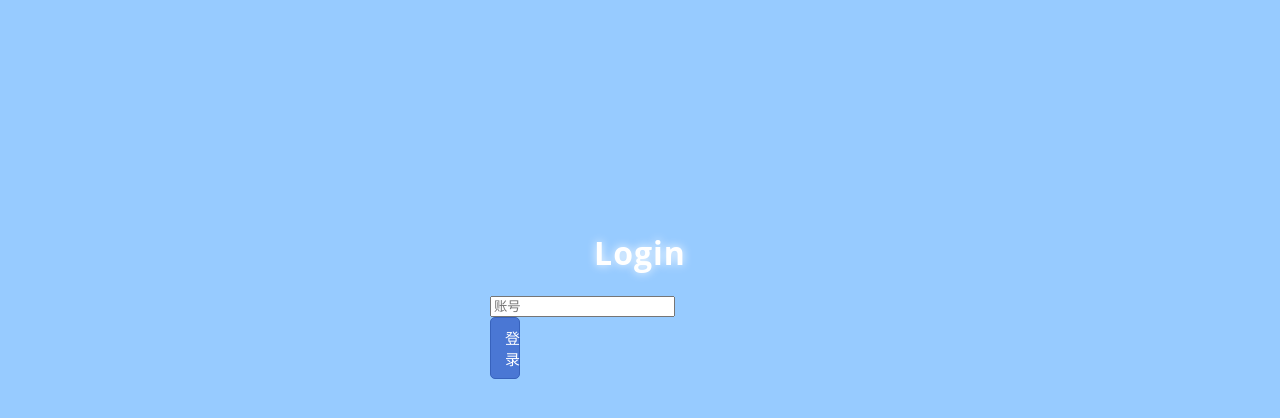
Repository: SnugHAN/gg
Page: http://localhost/bank/
An editor plug-in stored every save of this project. The page is shown before and after the next save, followed by the edit.
The browser window is 1280 px wide. The pictures show the whole page.
The page is served by Tomcat 9. Queries for data that is not in the repository find no rows.

Above is the page before, as saved 2016-11-30 13:35:37.

After the next save:
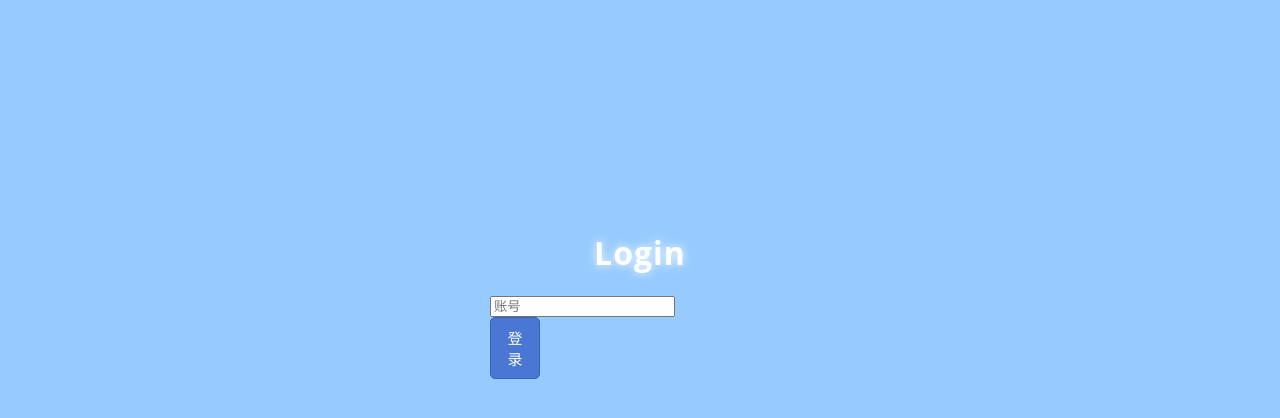
Saved 18 s later.
--- a/bank/bank/WebRoot/css/login.css
+++ b/bank/bank/WebRoot/css/login.css
@@ -47,7 +47,7 @@ h1{
     background-color: #2D2D3F;
 }
 .but{
-    width: 20px;
+    width: 50px;
     min-height: 20px;
     display: block;
     background-color: #4a77d4;
